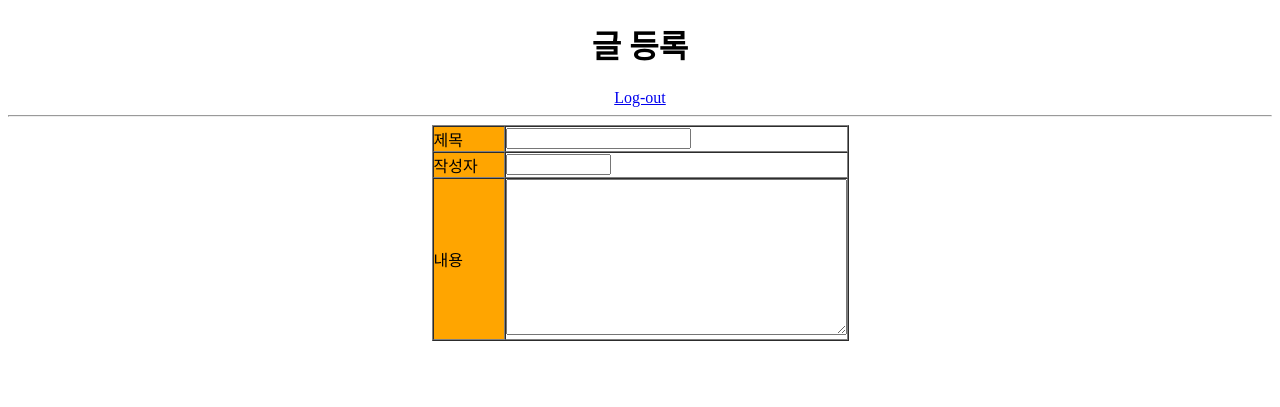
Repository: helena0207/SpringPro
Page: http://localhost/BoardWeb/insertBoard.jsp
The author's editor kept a copy of each file at every save. The page is drawn from the files as they stood at one save, then again after the next save.
The browser window is 1280 px wide. The pictures show the whole page.
The page is served by Tomcat 9. Other server files are loaded and not shown.

Above is the page before, as saved 2020-12-02 07:47:17.

### BoardWeb/src/main/webapp/insertBoard.jsp
<%@ page language="java" contentType="text/html; charset=EUC-KR"
    pageEncoding="EUC-KR"%>
<!DOCTYPE html>
<html>
<head>
<meta charset="EUC-KR">
<title>Insert title here</title>
</head>
<body>
<center>
<h1>글 등록 </h1>
<a href="logout_proc.jsp">Log-out</a>
<hr>
<form action="insertBoard_proc.jsp" method="post">
<table border="1" cellpadding="0" cellspacing="0">
<tr>
	<td bgcolor="orange" width="70">제목</td>
	<td align="left"><input name="title" type="text"/></td>

</tr>
<tr>
	<td bgcolor="orange">작성자</td>
	<td align="left"><input type="text" name="writer" size="10"/></td>

</tr>
<tr>
	<td bgcolor="orange">내용</td>
	<td align="left"><textarea name="content" cols="40" rows="10"></textarea></td>

</tr>
</body>
</html>

After the next save:
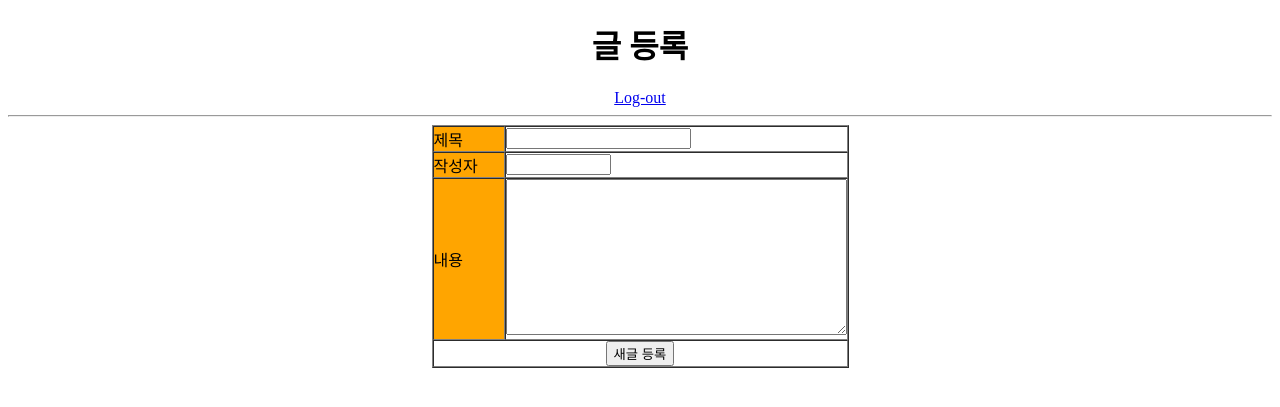
Saved 64 s later.
--- a/BoardWeb/src/main/webapp/insertBoard.jsp
+++ b/BoardWeb/src/main/webapp/insertBoard.jsp
@@ -28,5 +28,9 @@
 	<td align="left"><textarea name="content" cols="40" rows="10"></textarea></td>
 
 </tr>
+<tr>
+	<td colspan="2" align="center">
+	<input type="submit" value="새글 등록"/></td>
+</tr>
 </body>
 </html>
